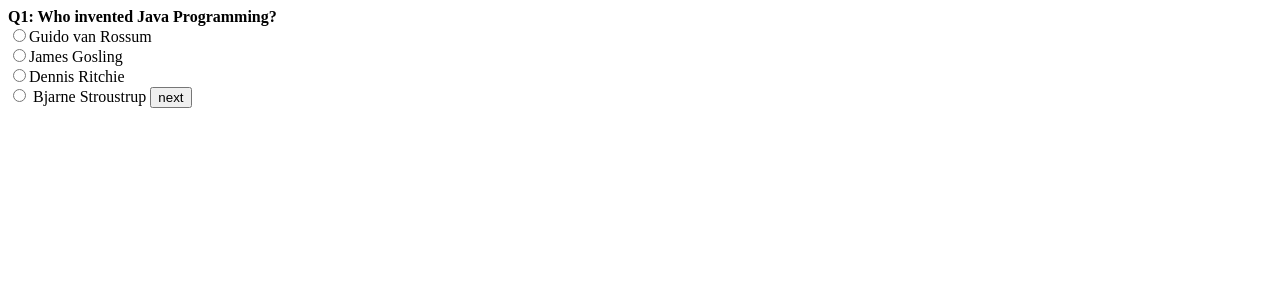
Repository: ravikumar0303/Advance-Java
Page: Assignment/OnlineExam/question.html
An editor plug-in stored every save of this project. The page is shown before and after the next save, followed by the edit.
The browser window is 1280 px wide. The pictures show the whole page.

Above is the page before, as saved 2023-06-23 05:58:55.

### Assignment/OnlineExam/question.html
<!DOCTYPE html>
<html>
<head>
<meta charset="ISO-8859-1">
<title>online exam</title>
</head>
<body><td>
<form>
   <b>Q1: Who invented Java Programming?</b><br>

   <input type="radio" value="op1" name="op1">Guido van Rossum</input>
   <br>
   <input type="radio" value="op1" name="op1">James Gosling</input>
   <br>
   <input type="radio" value="op" name="op1">Dennis Ritchie</input>
   <br>
   <input type="radio" value="op1" name="op1"> Bjarne Stroustrup</input>
   <button type="submit">next</button>
</form>
</td>
</body>
</html>

After the next save:
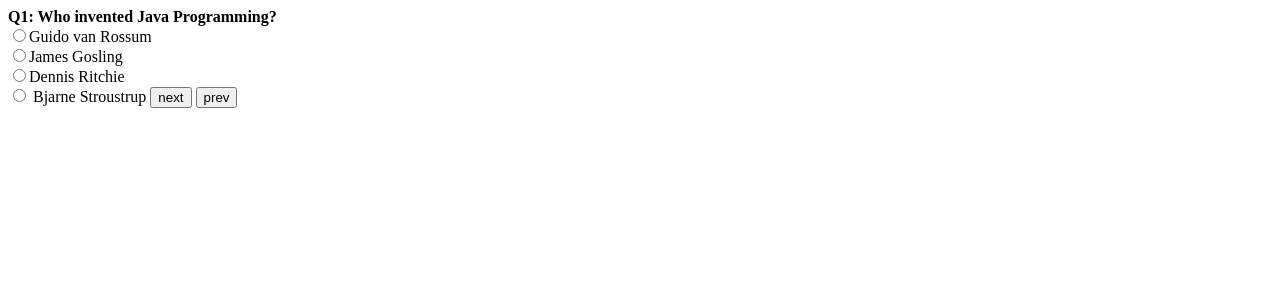
Saved 19 s later.
--- a/Assignment/OnlineExam/question.html
+++ b/Assignment/OnlineExam/question.html
@@ -16,6 +16,7 @@
    <br>
    <input type="radio" value="op1" name="op1"> Bjarne Stroustrup</input>
    <button type="submit">next</button>
+   <button type="submit">prev</button>
 </form>
 </td>
 </body>
